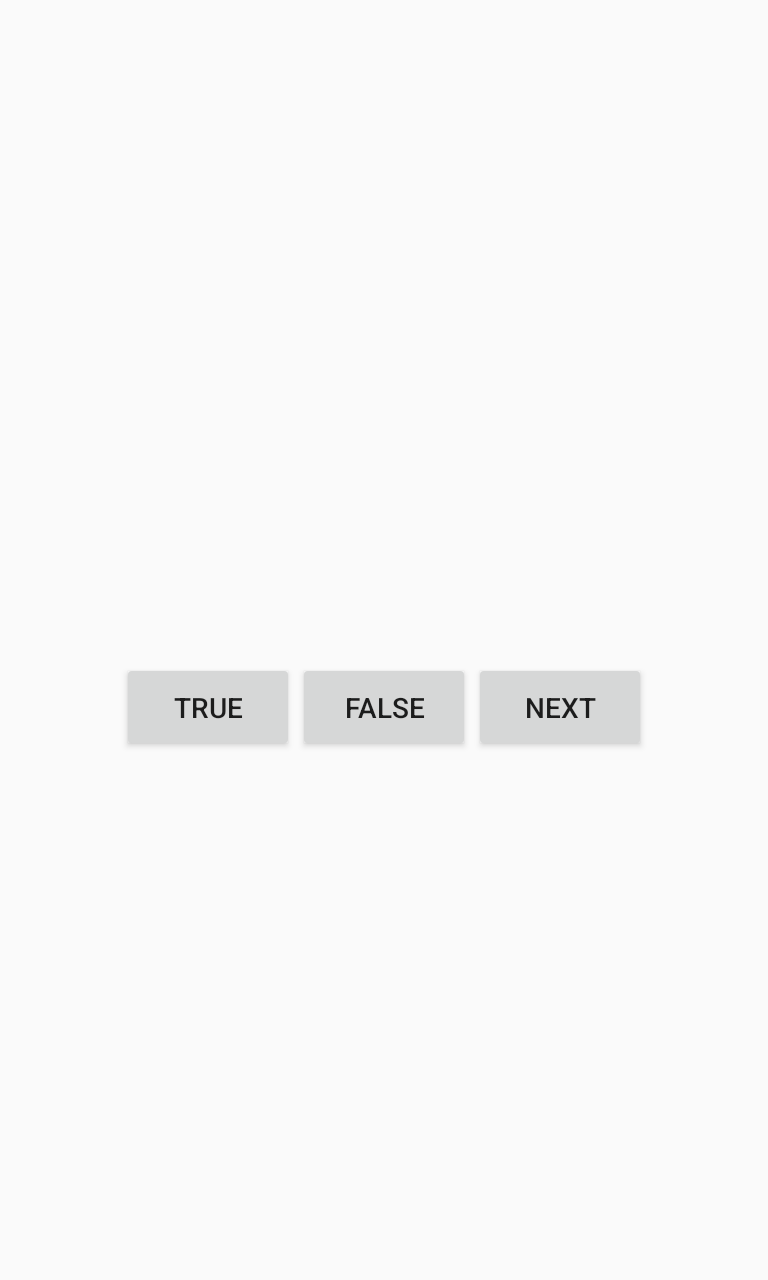
Repository: DaleJulian/AndroidTraining
Layout: GeoQuiz/res/layout/activity_quiz.xml
These files come from the project's save history. The layout is drawn as it stood at one moment and after the next save; the edit follows.
It is drawn on a 768 x 1280 px phone screen (xhdpi) without system bars, with theme AppTheme; the app's code is not run.

Above is the layout before, as saved 2015-05-26 01:33:15.

### GeoQuiz/res/layout/activity_quiz.xml
<LinearLayout xmlns:android="http://schemas.android.com/apk/res/android"
	android:layout_width="match_parent"
	android:layout_height="match_parent"
	android:gravity="center"
	android:orientation="vertical" >

    <TextView
        android:id="@+id/question_text_view"
        android:layout_width="wrap_content"
        android:layout_height="wrap_content"
        android:padding="24dp"
    />

	<LinearLayout
		android:layout_width="wrap_content"
		android:layout_height="wrap_content"
		android:orientation="horizontal" >
		<Button
			android:id="@+id/true_button"
			android:layout_width="wrap_content"
			android:layout_height="wrap_content"
			android:text="@string/button_true" />
		<Button
		    android:id="@+id/false_button"
			android:layout_width="wrap_content"
			android:layout_height="wrap_content"
			android:text="@string/button_false" />
		<Button
		    android:id="@+id/next_button"
		    android:layout_width="wrap_content"
		    android:layout_height="wrap_content"
		    android:text="@string/button_next" />
	</LinearLayout>

</LinearLayout>

### GeoQuiz/res/values/strings.xml
<?xml version="1.0" encoding="utf-8"?>
<resources>

    <string name="app_name">GeoQuiz</string>
    <string name="question_text">Constantinople is the largest city in Turkey</string>
    <string name="button_true">True</string>
    <string name="button_false">False</string>
    <string name="correct_toast">Correct!</string>
    <string name="incorrect_toast">Incorrect!</string>
    <string name="action_settings">Settings</string>
    <string name="button_next">Next</string>
	<string name="question_oceans">The Pacific Ocean is larger than the Atlantic Ocean.</string>
	<string name="question_mideast">The Suez Canal connects the Red Sea and the Indian Ocean.</string>
	<string name="question_africa">The source of the Nile River is in Egypt. </string>
	<string name="question_americas">The Amazon River is the longest river in America.</string>
	<string name="question_asia">Lake Baikal is the world\'s oldest and deepest freshwater lake.</string>

</resources>

Loaded but not shown: GeoQuiz/res/values/styles.xml (common file); GeoQuiz/res/values-v11/styles.xml (common file); GeoQuiz/res/values-v14/styles.xml (common file)

After the next save:
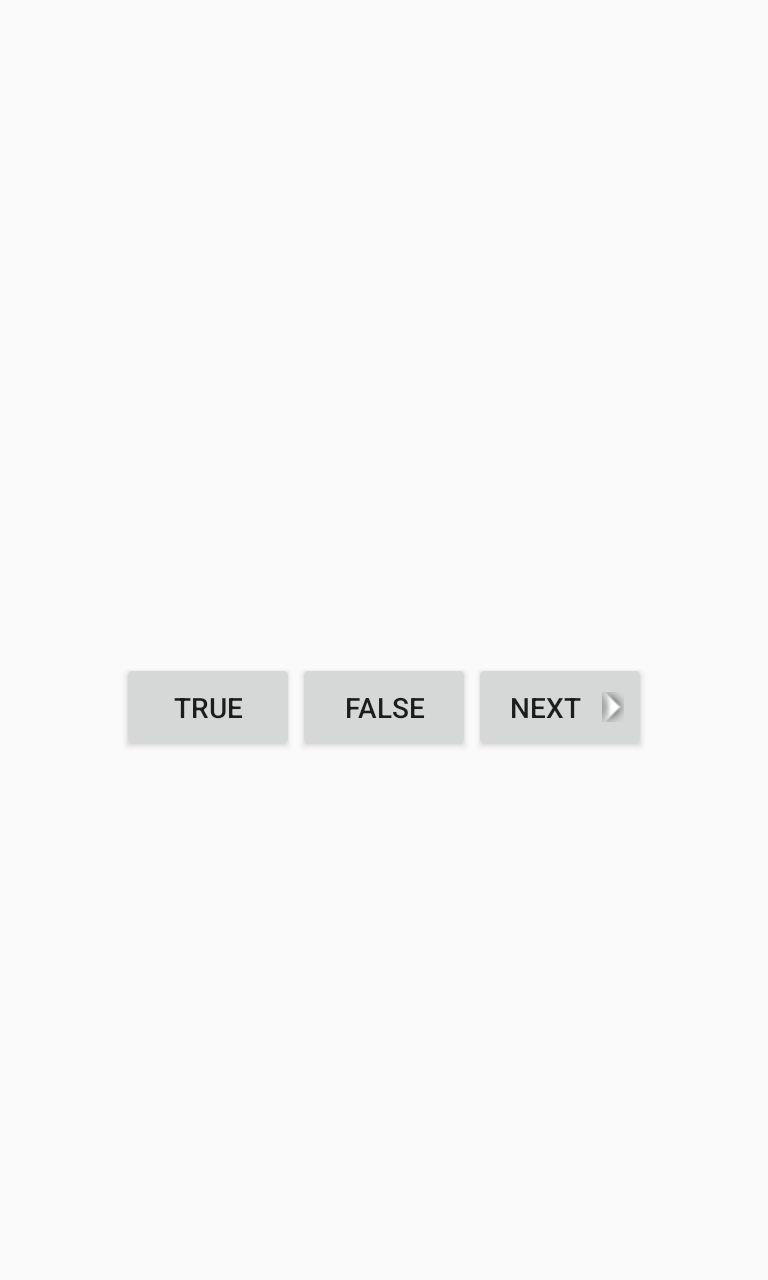
Saved 42 min 8 s later.
--- a/GeoQuiz/res/layout/activity_quiz.xml
+++ b/GeoQuiz/res/layout/activity_quiz.xml
@@ -29,7 +29,10 @@
 		    android:id="@+id/next_button"
 		    android:layout_width="wrap_content"
 		    android:layout_height="wrap_content"
-		    android:text="@string/button_next" />
+		    android:text="@string/button_next"
+		    android:drawableRight="@drawable/arrow_right"
+		    android:drawablePadding="4dp"
+		    />
 	</LinearLayout>
 
 </LinearLayout>
